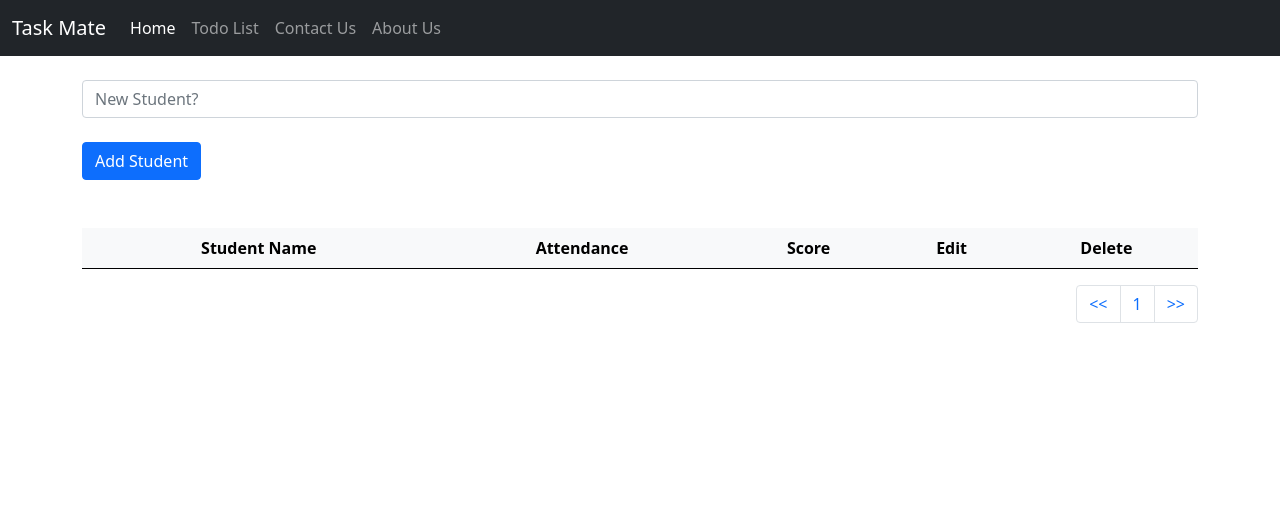
Repository: itathagata/Registration_System
Page: http://localhost/todolist/?pg=1
These files come from the project's save history. The page is drawn as it stood at one moment and after the next save; the edit follows.
The browser window is 1280 px wide. The pictures show the whole page.
The page is served by the project's application, run on Django 2.2 (manage.py). Other server files are loaded and not shown. Queries for data that is not in the repository find no rows.

Above is the page before, as saved 2021-06-05 02:45:44.

### todolist_app/views.py
from django.http.response import HttpResponse
from django.shortcuts import redirect, render
from django.http import HttpResponse
from todolist_app.models import TaskList
from todolist_app.forms import TaskForm
from django.contrib import messages
from django.core.paginator import Paginator
# Create your views here.
context = {'welcome':"Welcome to Todo List Page.",
    'contact_text':"Welcome to Todo List Contact Page.",
    'about_text':"Welcome to Todo List About Page.",
    'index_text':"Welcome to Todo List Index Page.",}
def todolist(request):
    if request.method == "POST":
        form = TaskForm(request.POST or None)
        if form.is_valid():
            form.save()
        messages.success(request,("New Student Added!"))
        return redirect('todolist')
    else:
        all_tasks = TaskList.objects.all()
        paginator = Paginator(all_tasks, 5)
        page = request.GET.get('pg')
        all_tasks = paginator.get_page(page)
        return render(request, 'todolist.html',{'all_tasks':all_tasks})



def complete_task(request,task_id):
    task = TaskList.objects.get(pk=task_id)
    task.Attendance = True
    task.save()
    return redirect('todolist')


def pending_task(request,task_id):
    task = TaskList.objects.get(pk=task_id)
    task.Attendance = False
    task.save()
    return redirect('todolist')

def delete_task(request,task_id):
    task = TaskList.objects.get(pk=task_id)
    task.delete()
    return redirect('todolist')




def edit_task(request,task_id):
    if request.method == "POST":
        task = TaskList.objects.get(pk=task_id)
        form = TaskForm(request.POST or None,instance=task)
        if form.is_valid():
            form.save()
        messages.success(request,("Edited!"))
        return redirect('todolist')
    else:
        task_obj = TaskList.objects.get(pk=task_id)
        return render(request, 'edit.html',{'task_obj':task_obj})


def contact(request):
    return render(request, 'contact.html',context)
def about(request):
    return render(request, 'about.html',context)

def index(request):
    return render(request, 'index.html',context)

### todolist_app/templates/todolist.html
{% extends 'base.html' %}
{% block title %}
<title>TodoList Manager</title>
{% endblock title %}

{% block content %}
<div class="container">
</br>

  {%if messages%}
    {% for message in messages %}
      <div class="alert alert-warning alert-dismissible fade show" role="alert">
          {{ message }}
        <button type="button" class="btn-close" data-bs-dismiss="alert" aria-label="Close">
         </button>
      </div>
    {% endfor %}
  {% endif %}


  <form method="POST">
    {%csrf_token%}
    <div class="form-group">
          <input type="text" class="form-control" name="task" placeholder="New Student?">
    </div>
    </br>
    <button type="submit" class="btn btn-primary">Add Student</button>
  </form>

</br>
</br>
    <table class="table table-light table-hover text-center">
  <thead>
    <tr>
      <th scope="col">Student Name</th>
      <th scope="col">Attendance</th>
      <th scope="col">Score</th>
      <th scope="col">Edit</th>
      <th scope="col">Delete</th>
    </tr>
  </thead>
    <tbody>
    {% if all_tasks %}
      {%for obj in all_tasks%}
        {% if obj.Attendance %}
            <tr>
            <td>{{ obj.Student_Name }}</td>
            <td><a href="{% url 'pending_task' obj.id %}"><button type="button" class="btn btn-outline-primary">Mark as unsafe</button>
</a></td>
            <td>{{ obj.Score }}</td>
            <td><a href="{% url 'edit_task' obj.id %}"><button type="button" class="btn btn-outline-dark">Edit</button>
</a></td>
            <td><a href="{% url 'delete_task' obj.id %}"><button type="button" class="btn btn-outline-danger">Delete</button>
</a></td>
            </tr>
        {% else %}
            <tr class="table-danger">
            <td>{{ obj.Student_Name }}</td>
            <td><a href="{% url 'complete_task' obj.id %}"><button type="button" class="btn btn-outline-primary">Mark as safe</button></a></td>
            <td>{{ obj.Score }}</td>
            <td><a href="{% url 'edit_task' obj.id %}"><button type="button" class="btn btn-outline-dark">Edit</button>
</a></td>
            <td><a href="{% url 'delete_task' obj.id %}"><button type="button" class="btn btn-outline-danger">Delete</button></a></td>
            </tr>
        {% endif %}
       {% endfor %}
    {% endif %}
     </tbody>
</table>


<nav aria-label="Page navigation example">
  <ul class="pagination justify-content-end">
    <li class="page-item "><a class="page-link" href="?pg=1"><<</a></li>
    {% if all_tasks.has_previous %}
      <li class="page-item"><a class="page-link" href="?pg={{ all_tasks.previous_page_number }}"> {{ all_tasks.previous_page_number }} </a></li>
    {% endif %}
    <li class="page-item"><a class="page-link" href="?pg={{ all_tasks.number }}">{{ all_tasks.number }}</a></li>
    {% if all_tasks.has_next %}
      <li class="page-item"><a class="page-link" href="?pg={{ all_tasks.next_page_number }}">{{ all_tasks.next_page_number }}</a></li>
    {% endif %}
    <li class="page-item"><a class="page-link" href="?pg={{ all_tasks.paginator.num_pages }}">>></a></li>
  </ul>
</nav>

    </div>
{% endblock content %}

### templates/base.html
<!doctype html>
<html lang="en">
  <head>
    <!-- Required meta tags -->
    <meta charset="utf-8">
    <meta name="viewport" content="width=device-width, initial-scale=1">

    <!-- Bootstrap CSS -->
    <link href="https://cdn.jsdelivr.net/npm/bootstrap@5.0.1/dist/css/bootstrap.min.css" rel="stylesheet" integrity="sha384-+0n0xVW2eSR5OomGNYDnhzAbDsOXxcvSN1TPprVMTNDbiYZCxYbOOl7+AMvyTG2x" crossorigin="anonymous">

    {% block title %}{% endblock title %}
    <nav class="navbar navbar-expand-lg navbar-dark bg-dark">
  <div class="container-fluid">
    <a class="navbar-brand" href="{% url 'index'%}">Task Mate</a>
    <button class="navbar-toggler" type="button" data-bs-toggle="collapse" data-bs-target="#navbarNavAltMarkup" aria-controls="navbarNavAltMarkup" aria-expanded="false" aria-label="Toggle navigation">
      <span class="navbar-toggler-icon"></span>
    </button>
    <div class="collapse navbar-collapse" id="navbarNavAltMarkup">
      <div class="navbar-nav">
        <a class="nav-link active" aria-current="page" href="{% url 'index'%}">Home</a>
        <a class="nav-link" href="{% url 'todolist'%}">Todo List</a>
        <a class="nav-link" href="{% url 'contact'%}">Contact Us</a>
        <a class="nav-link" href="{% url 'about'%}">About Us</a>
      </div>
    </div>
  </div>
</nav>
  </head>
  <body>
  {% block content %}{% endblock content %}

    <!-- Optional JavaScript; choose one of the two! -->

    <!-- Option 1: Bootstrap Bundle with Popper -->
    <script src="https://cdn.jsdelivr.net/npm/bootstrap@5.0.1/dist/js/bootstrap.bundle.min.js" integrity="sha384-gtEjrD/SeCtmISkJkNUaaKMoLD0//ElJ19smozuHV6z3Iehds+3Ulb9Bn9Plx0x4" crossorigin="anonymous"></script>

    <!-- Option 2: Separate Popper and Bootstrap JS -->
    <!--
    <script src="https://cdn.jsdelivr.net/npm/@popperjs/core@2.9.2/dist/umd/popper.min.js" integrity="sha384-IQsoLXl5PILFhosVNubq5LC7Qb9DXgDA9i+tQ8Zj3iwWAwPtgFTxbJ8NT4GN1R8p" crossorigin="anonymous"></script>
    <script src="https://cdn.jsdelivr.net/npm/bootstrap@5.0.1/dist/js/bootstrap.min.js" integrity="sha384-Atwg2Pkwv9vp0ygtn1JAojH0nYbwNJLPhwyoVbhoPwBhjQPR5VtM2+xf0Uwh9KtT" crossorigin="anonymous"></script>
    -->
  </body>
</html>

### taskmate/urls.py

from django.contrib import admin
from django.urls import path, include
from todolist_app import views as todolist_views
urlpatterns = [
    path('admin/', admin.site.urls),
    path('', todolist_views.index, name='index'),
    path('todolist', include('todolist_app.urls')),
    path('contact', todolist_views.contact, name='contact'),
    path('about-us', todolist_views.about, name='about'),
]

### todolist_app/urls.py
from todolist_app import views
from django.urls import path
urlpatterns = [
    path('/', views.todolist, name='todolist'),
    path('/delete/<task_id>', views.delete_task, name='delete_task'),
    path('/edit/<task_id>', views.edit_task, name='edit_task'),
    path('/complete/<task_id>', views.complete_task, name='complete_task'),
    path('/pending/<task_id>', views.pending_task, name='pending_task'),


]

After the next save:
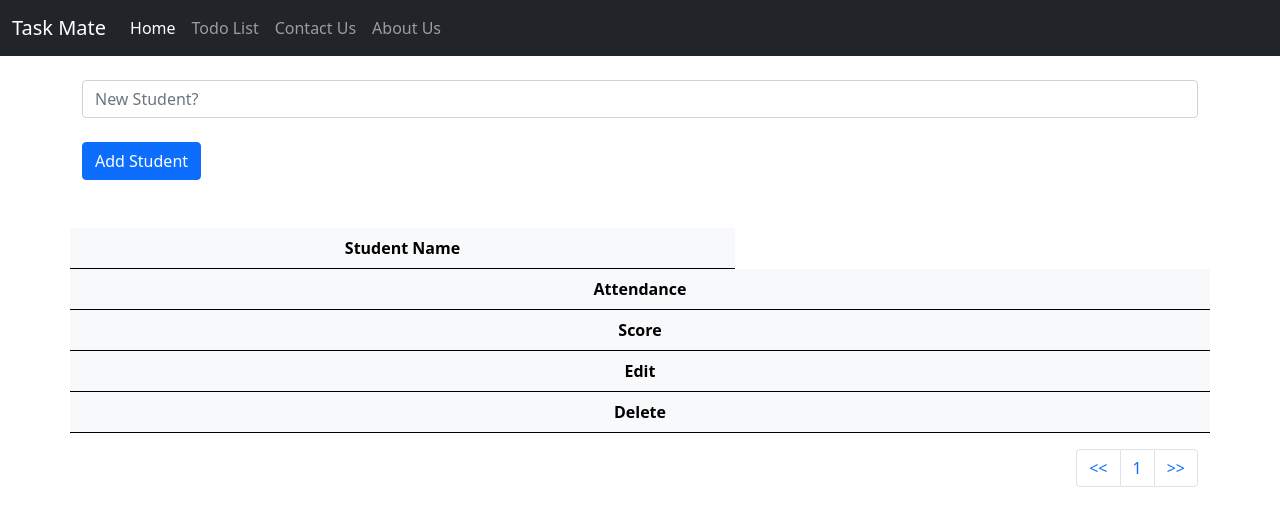
Saved 4 min 34 s later.
--- a/todolist_app/templates/todolist.html
+++ b/todolist_app/templates/todolist.html
@@ -31,8 +31,8 @@
 </br>
     <table class="table table-light table-hover text-center">
   <thead>
-    <tr>
-      <th scope="col">Student Name</th>
+    <tr class="row">
+      <th class="col-7">Student Name</th>
       <th scope="col">Attendance</th>
       <th scope="col">Score</th>
       <th scope="col">Edit</th>
@@ -43,7 +43,7 @@
     {% if all_tasks %}
       {%for obj in all_tasks%}
         {% if obj.Attendance %}
-            <tr>
+            <tr class="row">
             <td>{{ obj.Student_Name }}</td>
             <td><a href="{% url 'pending_task' obj.id %}"><button type="button" class="btn btn-outline-primary">Mark as unsafe</button>
 </a></td>
@@ -54,7 +54,7 @@
 </a></td>
             </tr>
         {% else %}
-            <tr class="table-danger">
+            <tr class="table-danger row">
             <td>{{ obj.Student_Name }}</td>
             <td><a href="{% url 'complete_task' obj.id %}"><button type="button" class="btn btn-outline-primary">Mark as safe</button></a></td>
             <td>{{ obj.Score }}</td>
